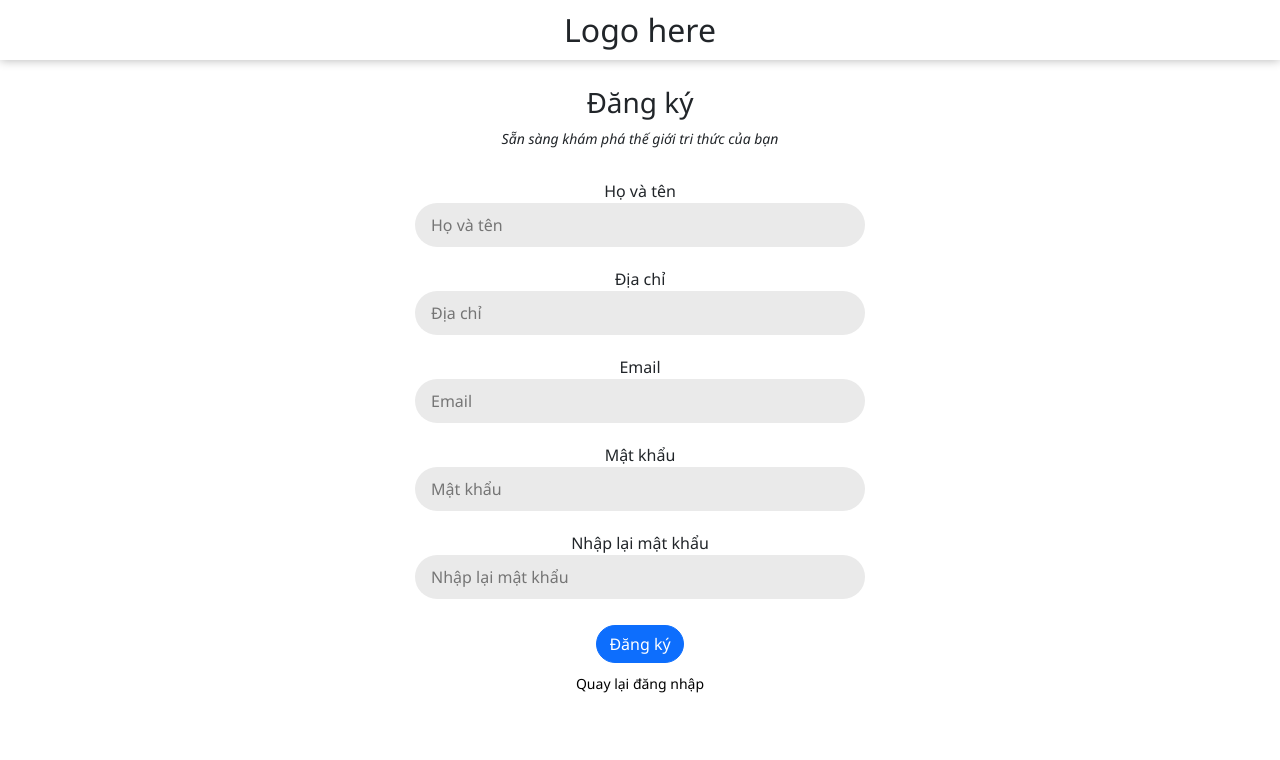
Repository: Kafierence/Book-store
Page: http://localhost/pages/register.php
An editor plug-in stored every save of this project. The page is shown before and after the next save, followed by the edit.
The browser window is 1280 px wide. The pictures show the whole page.
The page is run by PHP 8.4 with error messages shown; the project is at /var/www/html/.

Above is the page before, as saved 2022-06-24 20:10:54.

### pages/register.php
<!DOCTYPE html>
<html lang="en">
    <head>
        <meta charset="UTF-8" />
        <meta http-equiv="X-UA-Compatible" content="IE=edge" />
        <meta name="viewport" content="width=device-width, initial-scale=1.0" />
        <title>Book store</title>
        <link rel="stylesheet" href="../assets/css/bootstrap.min.css" />
        <link rel="stylesheet" href="../assets/css/style.css" />
    </head>
    <body>
        <div class="container">
            <div class="row">
                <div class="col-12">
                    <div class="register__container">
                        <header class="header">
                            <div class="logo">Logo here</div>
                        </header>
                        <div class="hero">
                            <h3 class="hero__title">Đăng ký</h3>
                            <p class="hero__sub-title">Sẵn sàng khám phá thế giới tri thức của bạn</p>
                        </div>
                        <section class="register__region">
                            <form class="form" action="../logic/register.inc.php" method="POST">
                                <div class="form-group">
                                    <label for="name" class="input__title"
                                        >Họ và tên</label
                                    >
                                    <input
                                        class="input-text-field"
                                        type="text"
                                        id="name"
                                        placeholder="Họ và tên"
                                        name="userName"
                                        require
                                    />
                                </div>
                                <div class="form-group">
                                    <label for="address" class="input__title"
                                        >Địa chỉ</label
                                    >
                                    <input
                                        class="input-text-field"
                                        type="text"
                                        id="address"
                                        name="userAddress"
                                        placeholder="Địa chỉ"
                                        require
                                    />
                                </div>
                                <div class="form-group">
                                    <label for="email" class="input__title"
                                        >Email</label
                                    >
                                    <input
                                        class="input-text-field"
                                        type="text"
                                        id="email"
                                        name="userEmail"
                                        placeholder="Email"
                                    />
                                </div>
                                <div class="form-group">
                                    <label for="password" class="input__title"
                                        >Mật khẩu</label
                                    >
                                    <input
                                        class="input-text-field"
                                        type="password"
                                        id="password"
                                        name="userPassword"
                                        placeholder="Mật khẩu"
                                    />
                                </div>
                                <div class="form-group">
                                    <label for="password-confirm" class="input__title"
                                        >Nhập lại mật khẩu</label
                                    >
                                    <input
                                        class="input-text-field"
                                        type="password"
                                        id="password-confirm"
                                        name="userConfirmPassword"
                                        placeholder="Nhập lại mật khẩu"
                                    />
                                </div>


                                <?php

                                ?>
                                <button type="submit" name="submit"  class="btn btn-rounded btn-primary mt-3">
                                    Đăng ký
                                </button >
                            </form>
                            <div class="nav-group">
                                <a href="./login.html" class="nav__link">Quay lại đăng nhập</a>
                            </div>
                        </section>
                    </div>
                </div>
            </div>
        </div>
    </body>
</html>

### assets/css/style.css
* {
    margin: 0;
    padding: 0;
    box-sizing: border-box;
    font-family: 'Segoe UI', Tahoma, Geneva, Verdana, sans-serif;
}
/* LOGIN AND REGISTER REGION */
.login__container,
.register__container {
    display: flex;
    flex-direction: column;
    align-items: center;
    justify-content: center;

    min-height: 100vh;
}
.header {
    font-size: 32px;
    font-weight: 500;
    padding: 10px;
}
.hero {
    display: flex;
    flex-direction: column;
    align-items: center;
}
.hero__title {
    /* padding: 10px; */
}
.hero__sub-title {
    margin: 0;
    font-style: italic;
    font-size: 0.875rem;
    font-weight: 500;

}
.login__region,
.register__region {
    padding: 10px;
}
/* FORM LOGIN/REGISTER */
.form {
    display: flex;
    flex-direction: column;
    align-items: center;
    justify-content: space-between;
    padding: 0.625rem;
}
.form-group {
    display: flex;
    flex-direction: column;
    align-items: center;
    padding: 0.625rem;
}
.input__title {
    display: none;
}
.input-text-field {
    border: none;
    padding: 0.625rem 1rem;
    background-color: #eaeaea;
    border-radius: 100vmin;
    min-width: 15.625rem;
}
.btn-rounded {
    border-radius: 100vmin;
}
/* REDIRECTOR LINK */
.nav-group {
    display: flex;
    flex-direction: column;
    align-items: center;
    padding: 0.625rem;
    padding-top: 0;
}
.nav__link {
    font-size: 0.875rem;
    margin: 0;
    transition: color 300ms ease;
    cursor: pointer;
    color: #000000;
    text-decoration: none;
}
.nav__link:hover {
    color: #007bff;
}
/* SOCIAL LOGIN OPTIONS */
.btn-group-custom {
    display: flex;
    flex-direction: column;
    align-items: center;
}
.btn-social__login {
    cursor: pointer;
    background-color: #eaeaea;
    border-radius: 100vmin;
    padding: 0.625rem 0;
    margin: 1rem 0.625rem;

    min-width: 16.875em;
    max-width: 16.875em;
    width: 16.875em;

    display: flex;
    align-items: center;
    /* justify-content: space-between; */
}
.btn-social__login:hover {
    filter: brightness(0.95);
}
.social__icon {
    margin-left: 1.875rem;
    margin-right: 0.625rem;
}
.social__title {
    margin: 0;
}

/* RESPONSIVE */
@media screen and (min-width: 27.5rem) {
    .login__container, .register__container {
        margin-top: 2.5rem;
    }
    .header {
        position: fixed;
        top: 0;
        left: 0;
        right: 0;
        height: 3.75rem;
        box-shadow: 0 0 10px rgba(0, 0, 0, 0.3);

        display: flex;
        justify-content: center;
        align-items: center;
    }

    .input__title {
        display: inline-block;
    }
    .input-text-field {
        min-width: 28.125rem;
    }
    .btn-social__login {
        max-width: 16.875em;
    }
}

Loaded but not shown: assets/css/bootstrap.min.css (library)

After the next save:
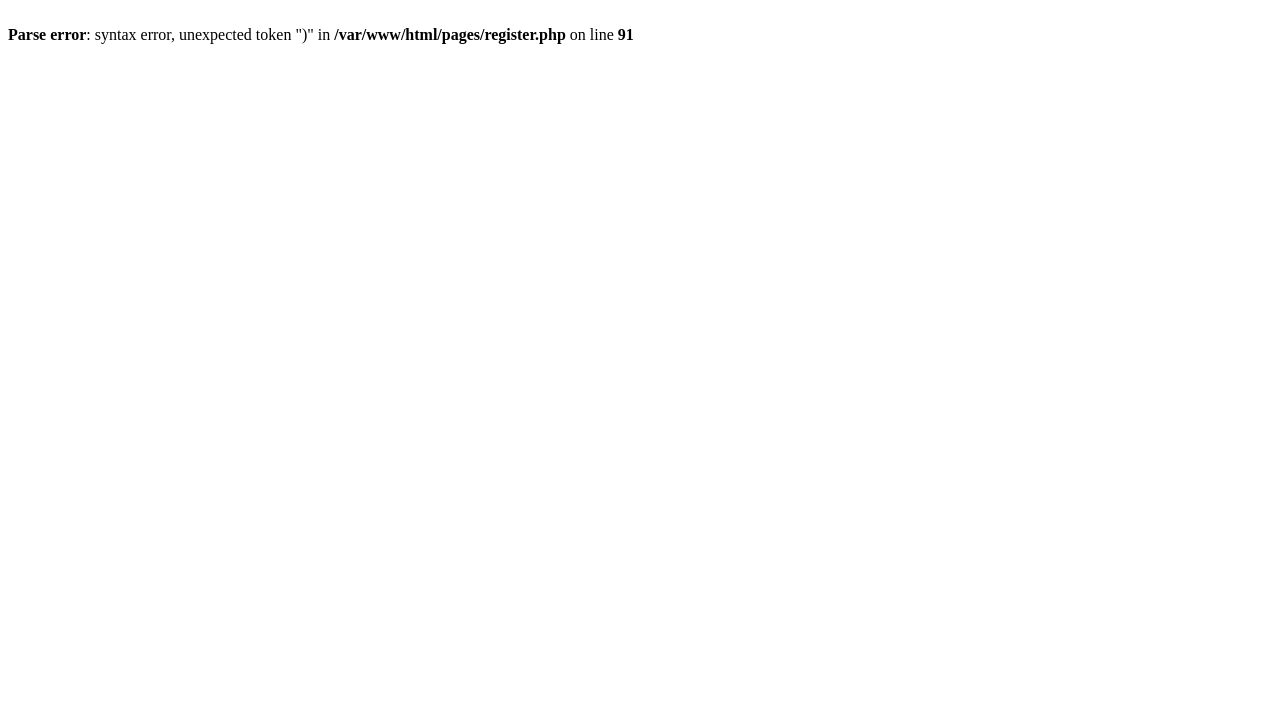
Saved 29 s later.
--- a/pages/register.php
+++ b/pages/register.php
@@ -87,7 +87,9 @@
 
 
                                 <?php
-
+                                if(isset($_GET["error"])){
+                                    if()
+                                }
                                 ?>
                                 <button type="submit" name="submit"  class="btn btn-rounded btn-primary mt-3">
                                     Đăng ký

After the save that followed:
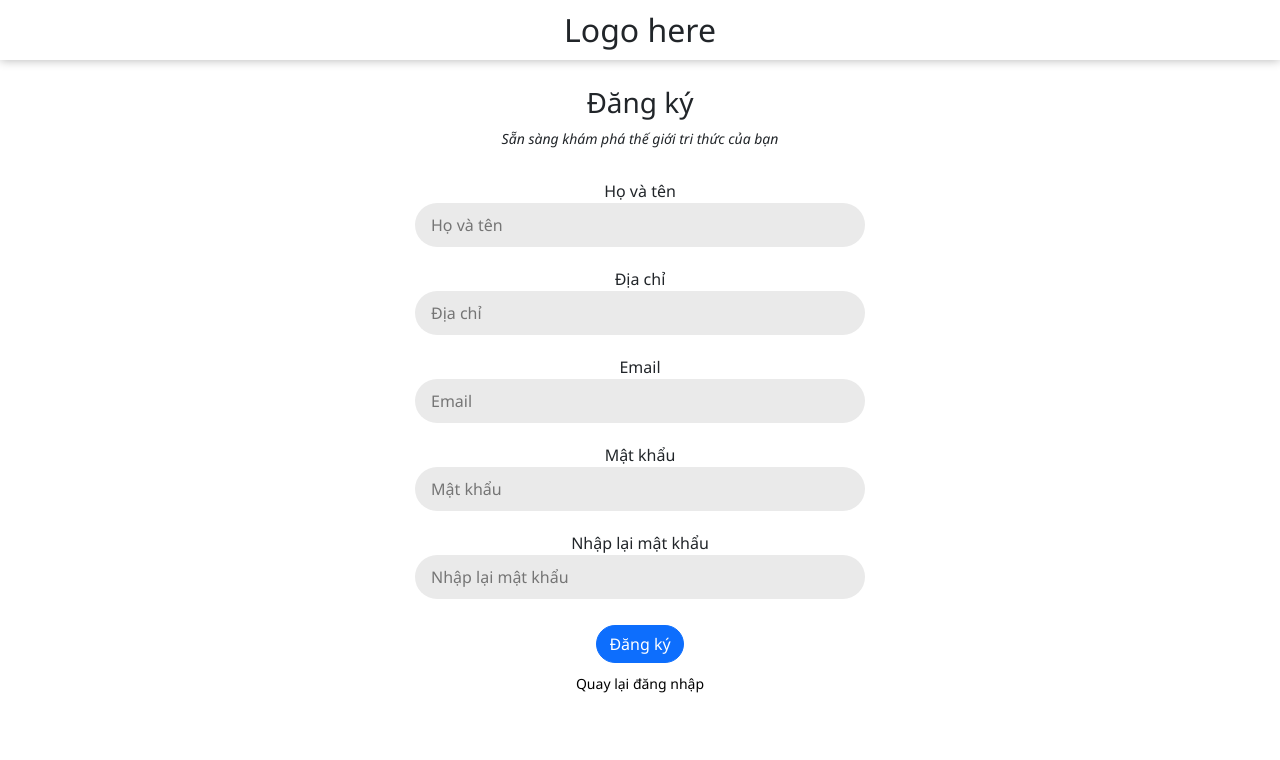
Saved 2 min 31 s later.
--- a/pages/register.php
+++ b/pages/register.php
@@ -87,8 +87,11 @@
 
 
                                 <?php
-                                if(isset($_GET["error"])){
-                                    if()
+                                if (isset($_GET["error"]))
+                                {
+                                    if($_GET["error"]=="emptyInput"){
+
+                                    }
                                 }
                                 ?>
                                 <button type="submit" name="submit"  class="btn btn-rounded btn-primary mt-3">
